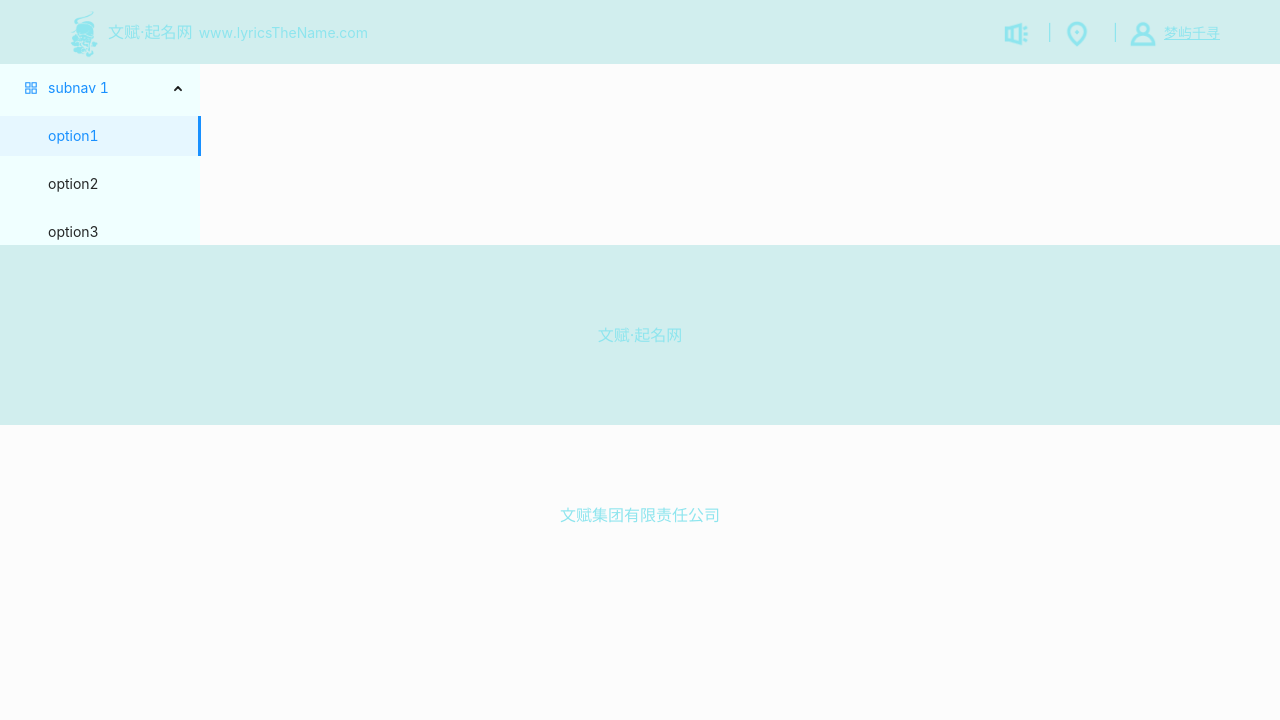
Repository: fangxueliang/react-redux-
Page: /
The author's editor kept a copy of each file at every save. The page is drawn from the files as they stood at one save, then again after the next save.
The browser window is 1280 px wide. The pictures show the whole page.
The project was rebuilt for these pictures with package versions that can differ from the ones it lists, and the page was loaded fresh each time.

Above is the page before, as saved 2020-12-30 12:47:10.

After the next save:
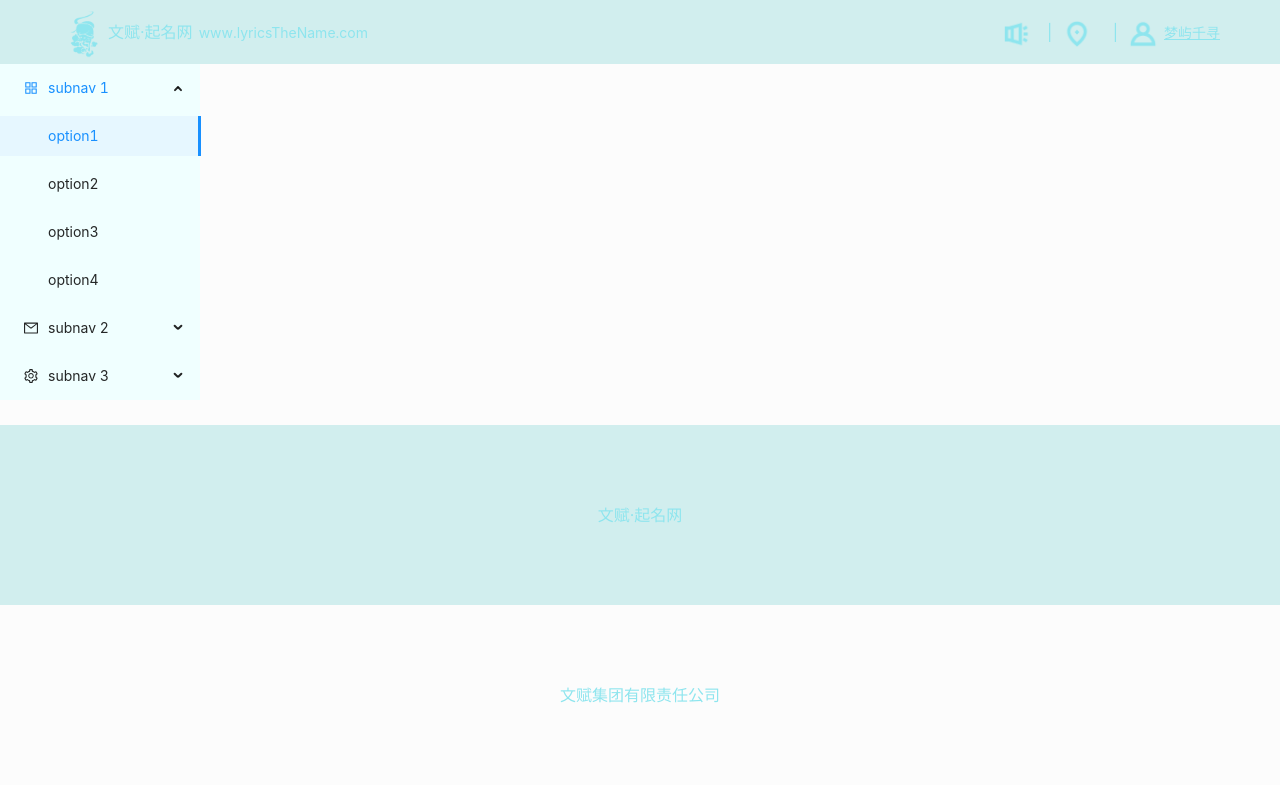
Saved 35 s later.
--- a/src/Common/CSS/layout.css
+++ b/src/Common/CSS/layout.css
@@ -1,6 +1,6 @@
 /* 布局样式  */
 .Home_layout {
-    position: relative;
+
     min-height: 100%;
 }
 
@@ -12,8 +12,7 @@
 }
 
 .Home_layout .Home_footer {
-    position: absolute;
-    bottom: 0;
+
     height: 180px;
     line-height: 180px;
     width: 100%;
